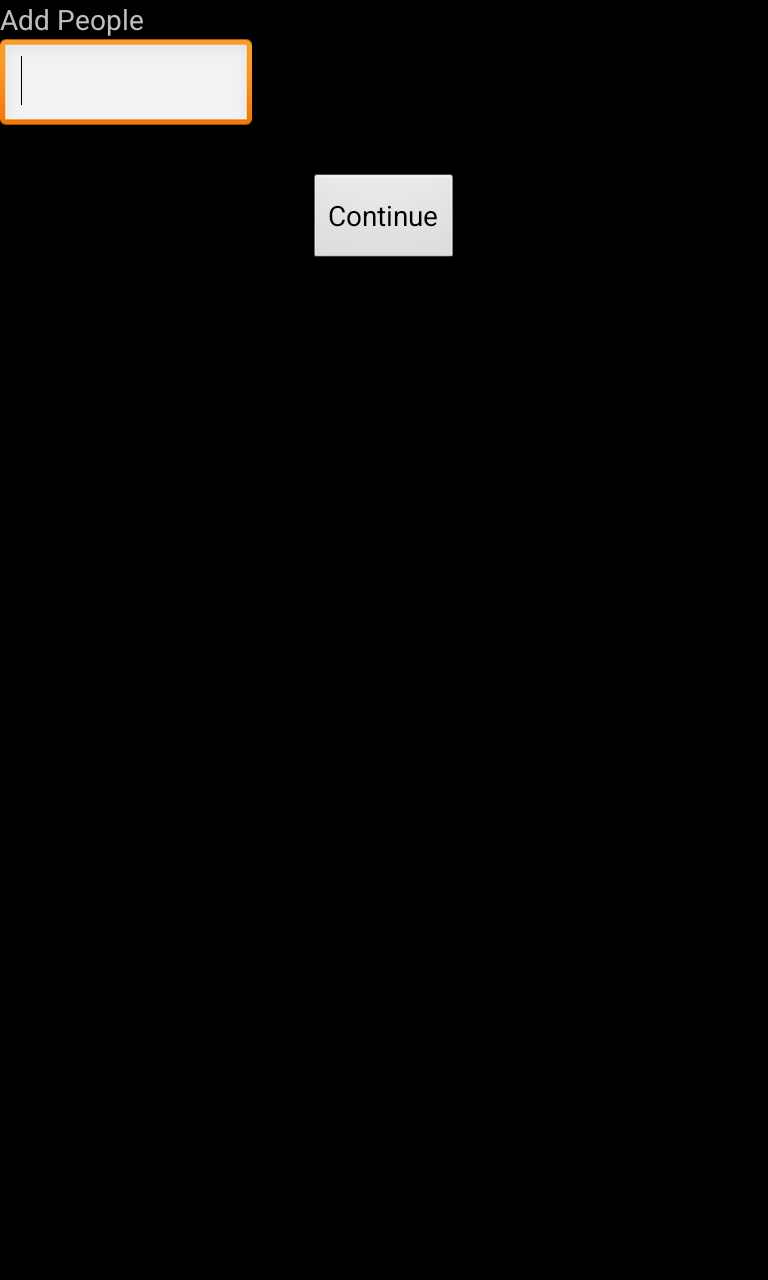
Repository: iyeranan/Expenses
Layout: Expenses/res/layout/main.xml
These files come from the project's save history. The layout is drawn as it stood at one moment and after the next save; the edit follows.
It is drawn on a 768 x 1280 px phone screen (xhdpi) without system bars, with theme android:Theme; the app's code is not run.

Above is the layout before, as saved 2012-01-15 01:53:58.

After the next save:
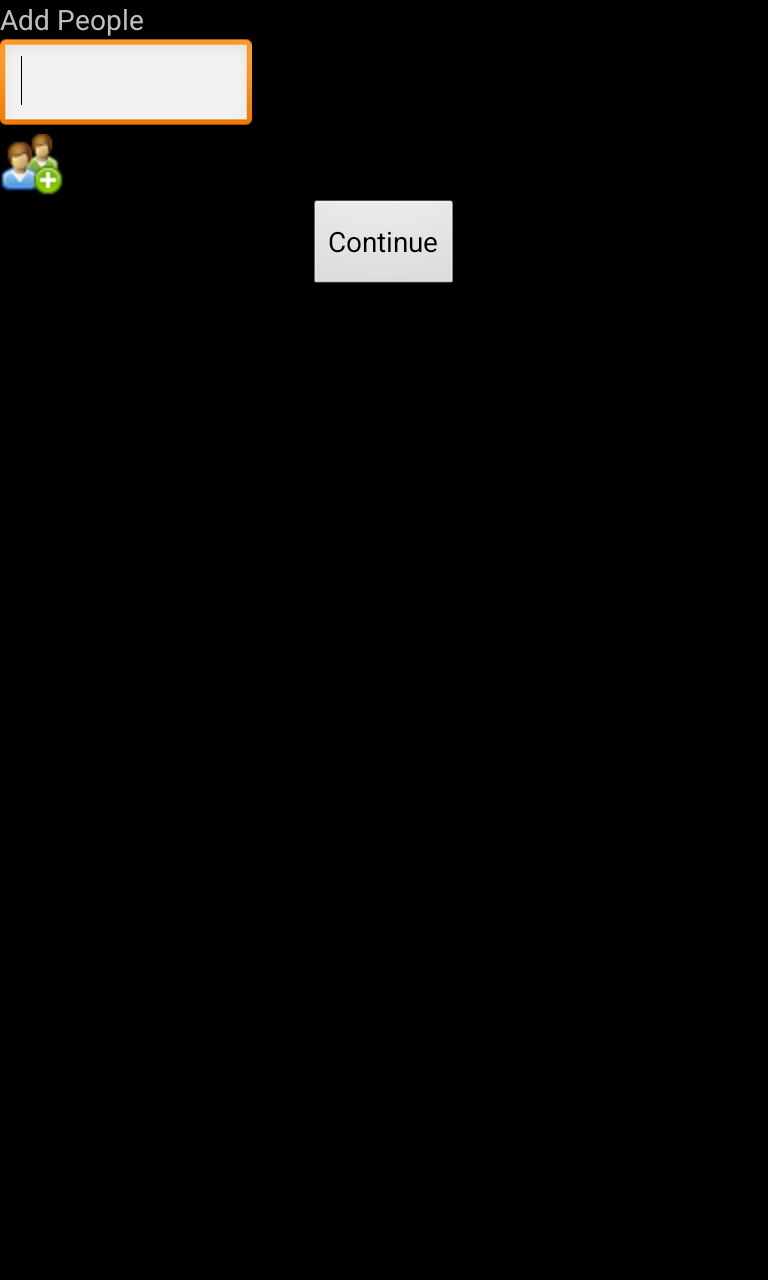
Saved 25 s later.
--- a/Expenses/res/layout/main.xml
+++ b/Expenses/res/layout/main.xml
@@ -11,7 +11,7 @@
     <requestFocus></requestFocus>
 </EditText>
 <!-- <ImageButton android:src="@drawable/add_person" android:id="@+id/btnAddPeople" android:layout_height="wrap_content" android:layout_width="wrap_content"></ImageButton> -->
-<Button android:layout_width="wrap_content" android:layout_height="wrap_content" android:background="Add People" android:id="@+id/btnAddPeople"></Button>
+<Button android:layout_width="wrap_content" android:layout_height="wrap_content" android:background="@drawable/add_person" android:id="@+id/btnAddPeople"></Button>
 <TableLayout android:layout_width="fill_parent" android:layout_height="wrap_content" android:id="@+id/tblPersons">
 </TableLayout>
 <Button android:layout_height="wrap_content" android:layout_width="wrap_content" android:layout_gravity="center_vertical|center_horizontal" android:text="Continue" android:id="@+id/btnContinue"></Button>
